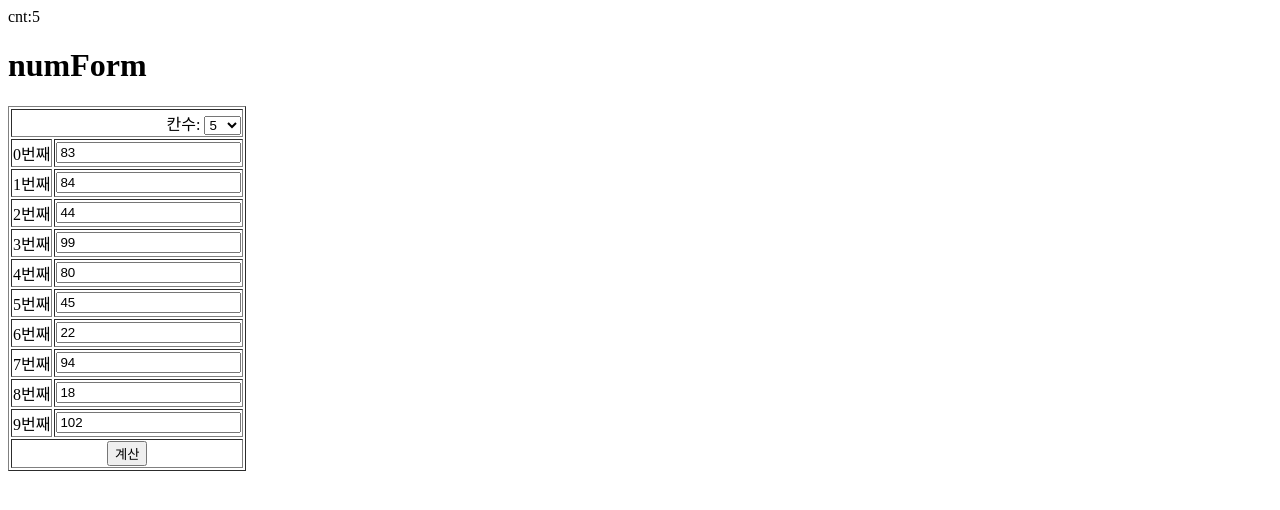
Repository: hjh5217/newJSP
Page: http://localhost/jspProj/request/numForm.jsp
These files come from the project's save history. The page is drawn as it stood at one moment and after the next save; the edit follows.
The browser window is 1280 px wide. The pictures show the whole page.
The page is served by Tomcat 9.

Above is the page before, as saved 2023-07-27 07:48:59.

After the next save:
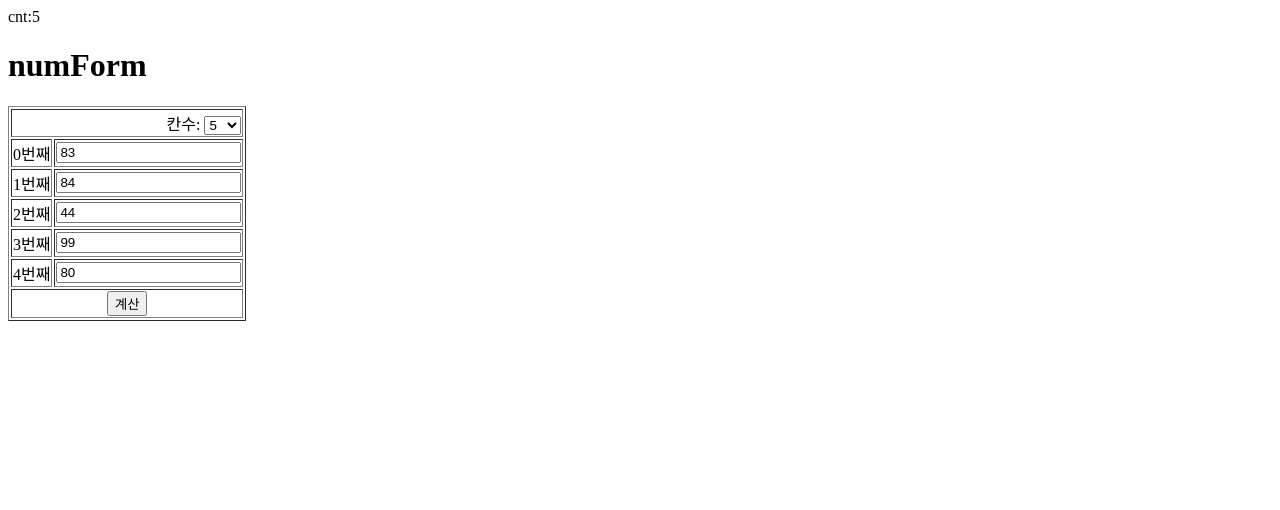
Saved 30 s later.
--- a/jspProj/src/main/webapp/request/numForm.jsp
+++ b/jspProj/src/main/webapp/request/numForm.jsp
@@ -37,7 +37,7 @@ cnt:<%=cnt %>
 			</tr>
 
 
-			<% for(int i = 0; i<10; i++){%>
+			<% for(int i = 0; i<cnt; i++){%>
 			<tr>
 				<td><%=i %>번째</td>
 				<td><input type="text" name="no" value="<%=(int)(Math.random()*100)+10 %>"/></td>
